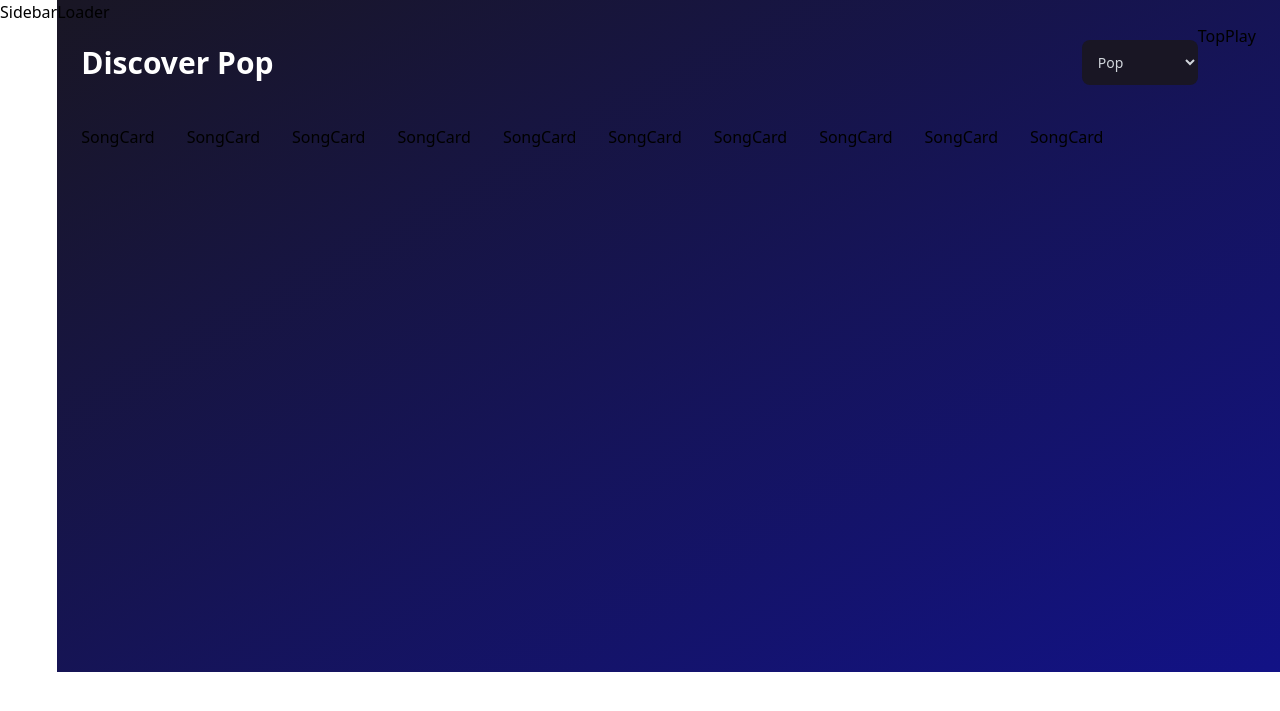
Repository: remydev47/Beats
Page: /
The author's editor kept a copy of each file at every save. The page is drawn from the files as they stood at one save, then again after the next save.
The browser window is 1280 px wide. The pictures show the whole page.
The page's requests for data from a server got no answer. The project was rebuilt for these pictures with package versions that can differ from the ones it lists, and the page was loaded fresh each time. No one was signed in, and anything a server would have sent is missing. Also part of the build but not shown: vite.config.js, src/components/ArtistCard.jsx, src/components/DetailsHeader.jsx, src/components/PlayPause.jsx, src/components/SongBar.jsx, src/components/RelatedSongs.jsx, src/components/MusicPlayer/Controls.jsx, src/components/MusicPlayer/Player.jsx and 10 more.

Above is the page before, as saved 2022-09-23 20:27:32.

### index.html
<!DOCTYPE html>
<html lang="en">
  <head>
    <meta charset="UTF-8" />
    <link rel="icon" type="image/svg+xml" href="/vite.svg" />
    <meta name="viewport" content="width=device-width, initial-scale=1.0" />
    <title>Lyrics</title>
  </head>
  <body>
    <div id="root"></div>
    <script type="module" src="/src/index.jsx"></script>
  </body>
</html>

### src/redux/store.js
import { configureStore } from '@reduxjs/toolkit';

import playerReducer from './features/playerSlice';
import { shazamCoreApi } from './services/shazamCore';

export const store = configureStore({
  reducer: {
    [shazamCoreApi.reducerPath]: shazamCoreApi.reducer,
    player: playerReducer,
  },
  middleware: (getDefaultMiddleware)=> getDefaultMiddleware().concat(shazamCoreApi.middleware),
});

### src/redux/features/playerSlice.js
import { createSlice } from '@reduxjs/toolkit';

const initialState = {
  currentSongs: [],
  currentIndex: 0,
  isActive: false,
  isPlaying: false,
  activeSong: {},
  genreListId: '',
};

const playerSlice = createSlice({
  name: 'player',
  initialState,
  reducers: {
    setActiveSong: (state, action) => {
      state.activeSong = action.payload.song;

      if (action.payload?.data?.tracks?.hits) {
        state.currentSongs = action.payload.data.tracks.hits;
      } else if (action.payload?.data?.properties) {
        state.currentSongs = action.payload?.data?.tracks;
      } else {
        state.currentSongs = action.payload.data;
      }

      state.currentIndex = action.payload.i;
      state.isActive = true;
    },

    nextSong: (state, action) => {
      if (state.currentSongs[action.payload]?.track) {
        state.activeSong = state.currentSongs[action.payload]?.track;
      } else {
        state.activeSong = state.currentSongs[action.payload];
      }

      state.currentIndex = action.payload;
      state.isActive = true;
    },

    prevSong: (state, action) => {
      if (state.currentSongs[action.payload]?.track) {
        state.activeSong = state.currentSongs[action.payload]?.track;
      } else {
        state.activeSong = state.currentSongs[action.payload];
      }

      state.currentIndex = action.payload;
      state.isActive = true;
    },

    playPause: (state, action) => {
      state.isPlaying = action.payload;
    },

    selectGenreListId: (state, action) => {
      state.genreListId = action.payload;
    },
  },
});

export const { setActiveSong, nextSong, prevSong, playPause, selectGenreListId } = playerSlice.actions;

export default playerSlice.reducer;

### src/redux/services/shazamCore.js
import { createApi, fetchBaseQuery, fetchBaseQury } from '@reduxjs/toolkit/query/react';

export const shazamCoreApi = createApi({
    reducerPath: 'shazamCoreApi',
    baseQuery: fetchBaseQuery({
        baseUrl:'https://shazam-core.p.rapidapi.com/v1',
        prepareHeaders: (headers) => {
        headers.set('X-RapidAPI-Key', process.env.SHAZAMCORE_RAPID_API_KEY);

        return headers;
        },
    }),
    endpoints: (builder) => ({
        getTopCharts: builder.query({ query: () => '/charts/world' })
    })
});

export const {
    useGetTopChartsQuery,
} = shazamCoreApi

### src/pages/Discover.jsx
import { Error, Loader, SongCard } from '../components';
import { genres } from '../assets/constants';
import { useGetTopChartsQuery } from '../redux/services/shazamCore';
import { data } from 'autoprefixer';

const Discover = () => {
    const { data, isFetching, error } = useGetTopChartsQuery();

    const genreTitle = "Pop";

    if(isFetching) return <Loader title="Loading songs...." />;

    return(
        <div className={styles.container}>
            <div className={styles.wrapper}>
                <h2 className='font-bold text-3xl text-white text-left'>
                    Discover {genreTitle}
                </h2>
                <select
                  onChange={() => {}}
                  value=""
                  className={styles.selectStyles}
                >
                    {genres.map((genre) =>
                        <option
                          key={genre.value}
                          value={genre.value}
                        >
                          {genre.title}
                        </option>
                    )}
                </select>
            </div>

            <div className='flex flex-wrap sm:justify-start justify-center gap-8'>
                {[1, 2, 3, 4, 5, 6, 7, 8, 9, 10].map((song, i) => (
                    <SongCard
                      key={song.key}
                      song={song}
                      i={i}
                    />
                ))}
            </div>

        </div>
    )
}

export default Discover;

const styles ={
    container:`flex flex-col`,
    wrapper:`w-full flex justify-between items-center sm:flex-row flex-col mt-4 mb-10`,
    selectStyles:`bg-black text-gray-300 p-3 text-sm rounded-lg outline-none sm:mt-0 mt-5`
}

### src/assets/constants.js
import { HiOutlineHashtag, HiOutlineHome, HiOutlinePhotograph, HiOutlineUserGroup } from 'react-icons/hi';

export const genres = [
  { title: 'Pop', value: 'POP' },
  { title: 'Hip-Hop', value: 'HIP_HOP_RAP' },
  { title: 'Dance', value: 'DANCE' },
  { title: 'Electronic', value: 'ELECTRONIC' },
  { title: 'Soul', value: 'SOUL_RNB' },
  { title: 'Alternative', value: 'ALTERNATIVE' },
  { title: 'Rock', value: 'ROCK' },
  { title: 'Latin', value: 'LATIN' },
  { title: 'Film', value: 'FILM_TV' },
  { title: 'Country', value: 'COUNTRY' },
  { title: 'Worldwide', value: 'WORLDWIDE' },
  { title: 'Reggae', value: 'REGGAE_DANCE_HALL' },
  { title: 'House', value: 'HOUSE' },
  { title: 'K-Pop', value: 'K_POP' },
];

export const links = [
  { name: 'Discover', to: '/', icon: HiOutlineHome },
  { name: 'Around You', to: '/around-you', icon: HiOutlinePhotograph },
  { name: 'Top Artists', to: '/top-artists', icon: HiOutlineUserGroup },
  { name: 'Top Charts', to: '/top-charts', icon: HiOutlineHashtag },
];

Loaded but not shown: src/index.jsx (common file); src/index.css (common file); src/App.jsx (common file); src/components/index.js (common file); src/pages/index.js (common file); src/components/Sidebar.jsx (common file); src/components/Searchbar.jsx (common file); src/components/SongCard.jsx (common file); src/components/TopPlay.jsx (common file); src/components/Loader.jsx (common file); tailwind.config.cjs (common file); src/components/Error.jsx (common file)

After the next save:
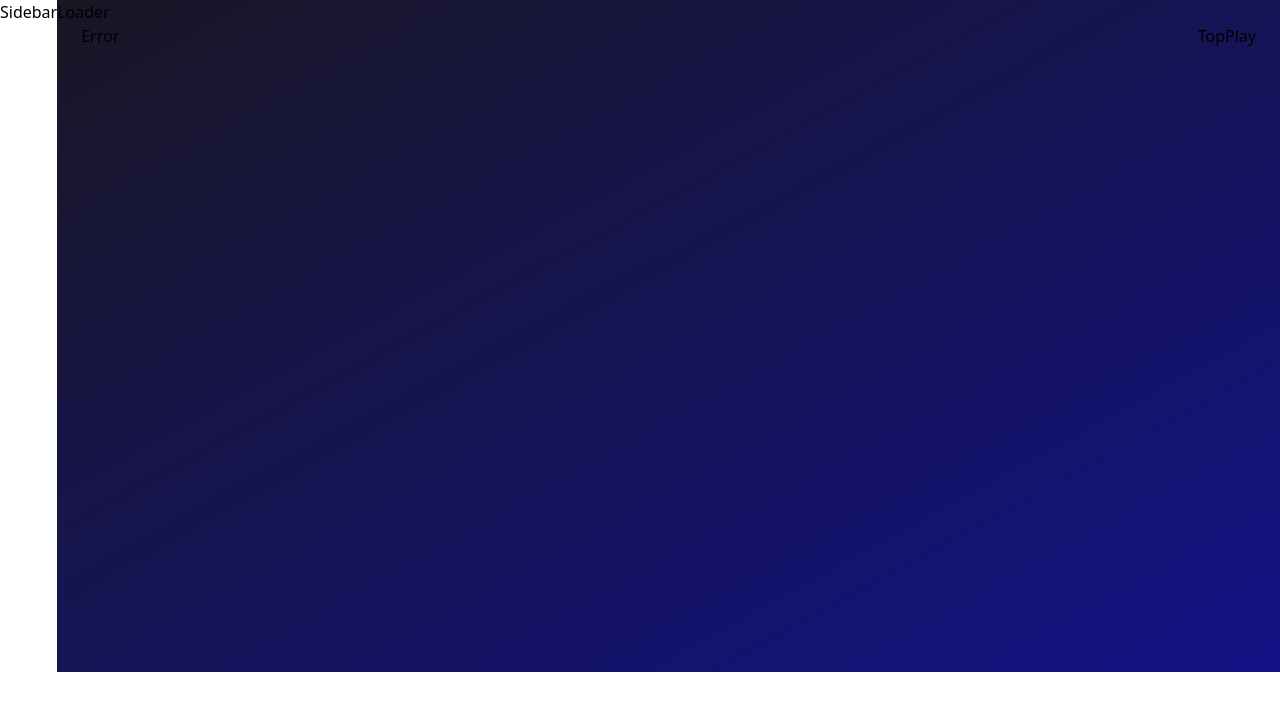
Saved 88 s later.
--- a/src/pages/Discover.jsx
+++ b/src/pages/Discover.jsx
@@ -2,6 +2,7 @@ import { Error, Loader, SongCard } from '../components';
 import { genres } from '../assets/constants';
 import { useGetTopChartsQuery } from '../redux/services/shazamCore';
 import { data } from 'autoprefixer';
+import { IDLE_FETCHER } from '@remix-run/router';
 
 const Discover = () => {
     const { data, isFetching, error } = useGetTopChartsQuery();
@@ -9,6 +10,7 @@ const Discover = () => {
     const genreTitle = "Pop";
 
     if(isFetching) return <Loader title="Loading songs...." />;
+    if(error) return <Error />
 
     return(
         <div className={styles.container}>
